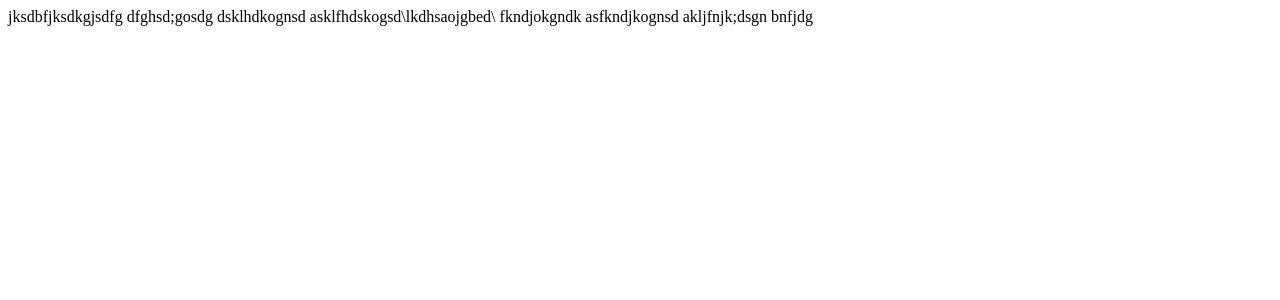
Repository: imtanmayraj/Java-Projects
Page: http://localhost/web_app_2/welcome.jsp
An editor plug-in stored every save of this project. The page is shown before and after the next save, followed by the edit.
The browser window is 1280 px wide. The pictures show the whole page.
The page is served by Tomcat 10. Other server files are loaded and not shown.

Above is the page before, as saved 2025-08-24 13:40:00.

### web_app_2/src/main/webapp/welcome.jsp
<%@ page language="java" contentType="text/html; charset=UTF-8"
    pageEncoding="UTF-8"%>
    <%@ page import="java.util.Date"  %>

    <%@ include file='t1.txt' %>
<!DOCTYPE html>
<html>
<head>
<meta charset="UTF-8">
<title>JSP Servlet Example</title>
</head>
<body>

</body>
</html>

### web_app_2/src/main/webapp/t1.txt
jksdbfjksdkgjsdfg
dfghsd;gosdg
dsklhdkognsd
asklfhdskogsd\lkdhsaojgbed\
fkndjokgndk
asfkndjkognsd
akljfnjk;dsgn
bnfjdg

After the next save:
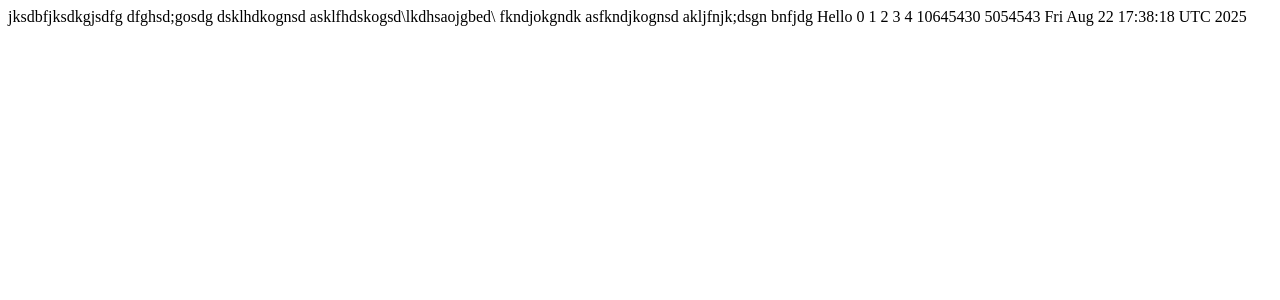
Saved 13 s later.
--- a/web_app_2/src/main/webapp/welcome.jsp
+++ b/web_app_2/src/main/webapp/welcome.jsp
@@ -10,6 +10,30 @@
 <title>JSP Servlet Example</title>
 </head>
 <body>
+<%
+//Scriptlet tag - can't create static/non-static var
+	System.out.println(100);
+	out.println("Hello");
 
+	for(int i=0;i<5;i++){
+		out.println(i);
+	}
+
+
+%>
+
+<%!
+
+//Expression tag - can create static/non-static var
+int  x=10645430;
+int y=5054543;
+
+%>
+
+
+<%=x %>
+<%=y %>
+
+<%= new Date() %>
 </body>
 </html>
